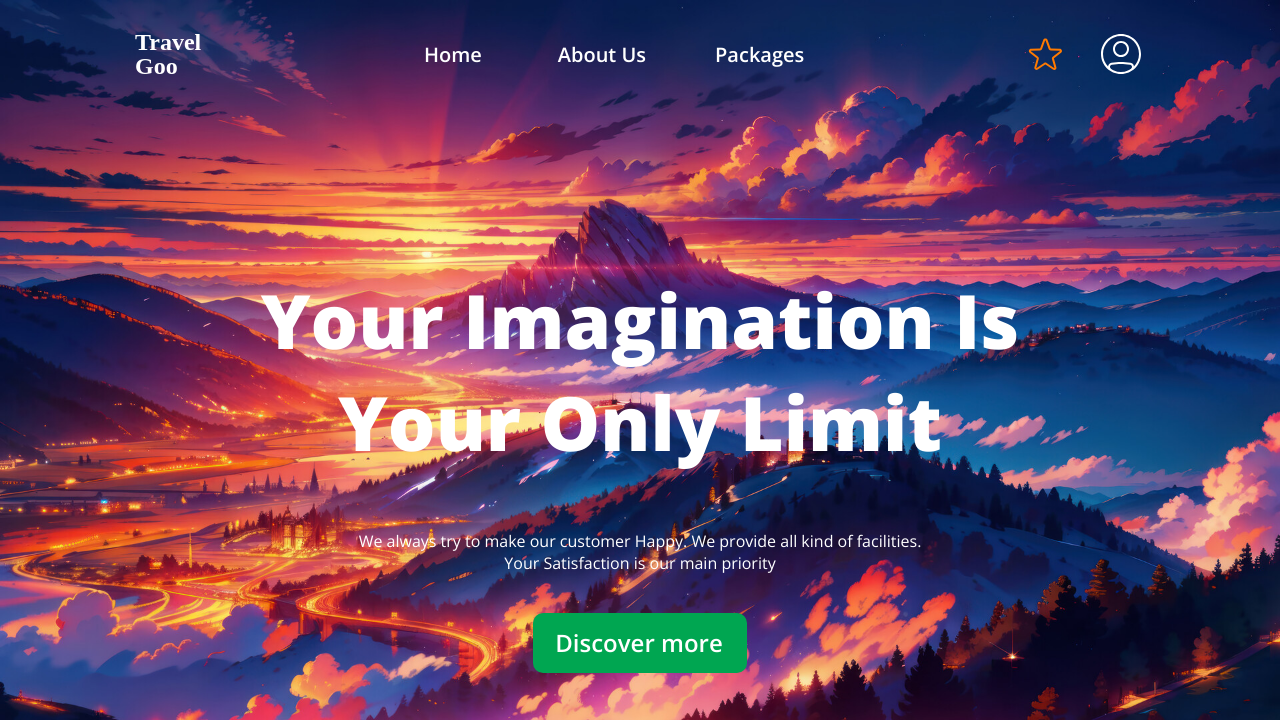
Repository: HeybetzadeQedim/task-3
Page: index.html
These files come from the project's save history. The page is drawn as it stood at one moment and after a run of saves; the edit follows.
The browser window is 1280 px wide. The pictures show the whole page.
Some web fonts or font styles are not loaded; a fallback is used.

Above is the page before, as saved 2023-10-07 13:51:24.

After the next 5 saves:
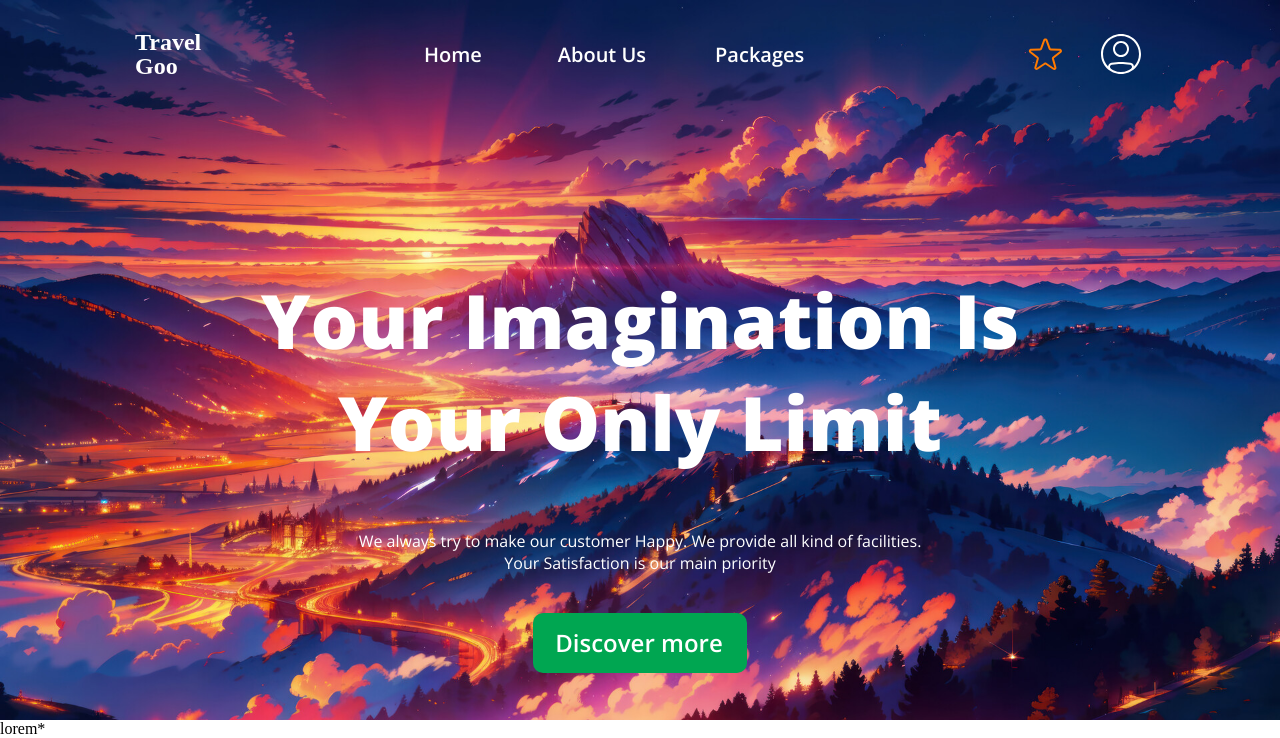
The 5 saves are shown as one change because they came seconds apart.
The last was saved 12 s later.
--- a/index.html
+++ b/index.html
@@ -30,7 +30,7 @@
         </div>
     </div>
    <div class="service-page">
-
+    <p>lorem*</p>
    </div>
 
 
